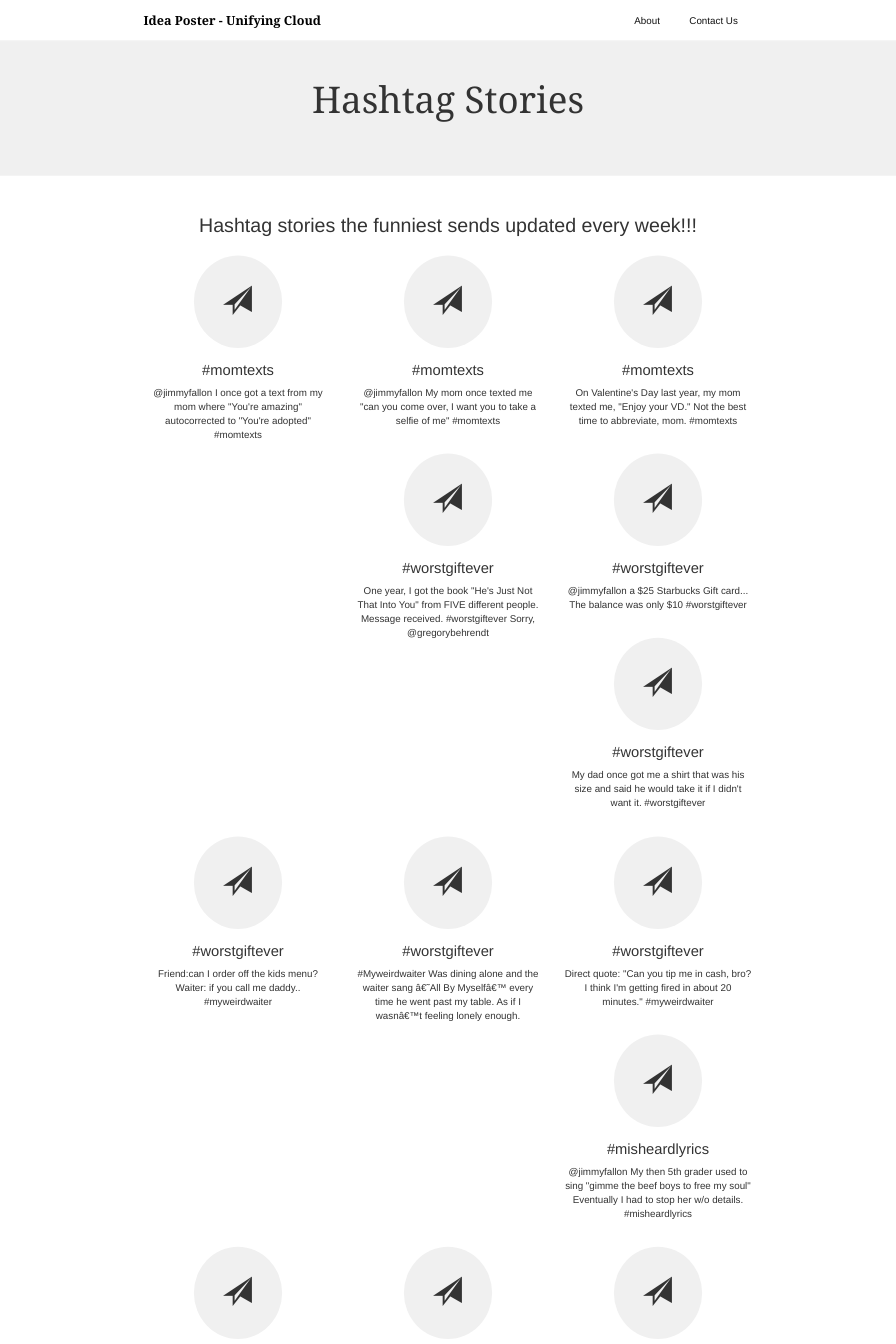
Repository: unifyingcloud/IdeaPosterHashtagStories
Page: index.html
The author's editor kept a record of every edit. The page is drawn from the files as they stood at one moment, then again after the next edit.
The browser window is 1280 px wide. The pictures show the part of the page from y = 0 to 1920 px (the page is 5651 px tall), at 70% of full size.

Above is the page before.

### index.html
<!DOCTYPE html>
<html lang="en">
  <head>
    <meta charset="utf-8">
    <title>Idea Poster</title>
    <meta name="viewport" content="width=device-width,initial-scale=1.0">
    <link href="css/bootstrap.min.css" rel="stylesheet">
    <link href="css/lighter.css" rel="stylesheet">
  </head>
  <body>

    <nav class="navbar navbar-default navbar-fixed-top" role="navigation">
      <div class="container">
        <div class="navbar-header">
          <button type="button" class="navbar-toggle" data-toggle="collapse" data-target=".navbar-ex1-collapse">
            <span class="icon-bar"></span>
            <span class="icon-bar"></span>
            <span class="icon-bar"></span>
          </button>
          <a class="navbar-brand nav-link" href="#top">Idea Poster - Unifying Cloud</a>
        </div> <!-- /.navbar-header -->

        <div class="collapse navbar-collapse navbar-ex1-collapse">
          <ul class="nav navbar-nav navbar-right">


            <li><a href="http://www.unifyingcloud.com" class="nav-link">About</a></li>
            <li><a href="http://www.unifyingcloud.com">Contact Us</a></li>


          </ul>
        </div> <!-- /.navbar-collapse -->
      </div> <!-- /.container -->
    </nav> <!-- /.navbar -->

    <div id="top" class="jumbotron">
      <div class="container">
        <h1>Hashtag Stories</h1>

      </div> <!-- /.container -->
    </div> <!-- /.jumbotron -->

    <div class="container">
      <h3 id="features" class="subhead">Hashtag stories the funniest sends updated every week!!!</h3>
      <div class="row benefits">
      <div class="col-md-4 col-sm-6 benefit"><div class="benefit-ball"><span class="glyphicon glyphicon-send" onClick="javascript:this.style.color=this.style.color=='blue'?'red':'blue'"></span> </div><h3>#momtexts</h3><p>@jimmyfallon I once got a text from my mom where "You're amazing" autocorrected to "You're adopted" #momtexts</p> </div> <!-- /.benefit -->
<div class="col-md-4 col-sm-6 benefit"><div class="benefit-ball"><span class="glyphicon glyphicon-send" onClick="javascript:this.style.color=this.style.color=='blue'?'red':'blue'"></span> </div><h3>#momtexts</h3><p>@jimmyfallon My mom once texted me "can you come over, I want you to take a selfie of me" #momtexts</p> </div> <!-- /.benefit -->
<div class="col-md-4 col-sm-6 benefit"><div class="benefit-ball"><span class="glyphicon glyphicon-send" onClick="javascript:this.style.color=this.style.color=='blue'?'red':'blue'"></span> </div><h3>#momtexts</h3><p>On Valentine's Day last year, my mom texted me, "Enjoy your VD." Not the best time to abbreviate, mom. #momtexts</p> </div> <!-- /.benefit -->
<div class="col-md-4 col-sm-6 benefit"><div class="benefit-ball"><span class="glyphicon glyphicon-send" onClick="javascript:this.style.color=this.style.color=='blue'?'red':'blue'"></span> </div><h3>#worstgiftever</h3><p>One year, I got the book "He's Just Not That Into You" from FIVE different people. Message received. #worstgiftever Sorry, @gregorybehrendt</p> </div> <!-- /.benefit -->
<div class="col-md-4 col-sm-6 benefit"><div class="benefit-ball"><span class="glyphicon glyphicon-send" onClick="javascript:this.style.color=this.style.color=='blue'?'red':'blue'"></span> </div><h3>#worstgiftever</h3><p>@jimmyfallon a $25 Starbucks Gift card... The balance was only $10 #worstgiftever</p> </div> <!-- /.benefit -->
<div class="col-md-4 col-sm-6 benefit"><div class="benefit-ball"><span class="glyphicon glyphicon-send" onClick="javascript:this.style.color=this.style.color=='blue'?'red':'blue'"></span> </div><h3>#worstgiftever</h3><p>My dad once got me a shirt that was his size and said he would take it if I didn't want it. #worstgiftever</p> </div> <!-- /.benefit -->
<div class="col-md-4 col-sm-6 benefit"><div class="benefit-ball"><span class="glyphicon glyphicon-send" onClick="javascript:this.style.color=this.style.color=='blue'?'red':'blue'"></span> </div><h3>#worstgiftever</h3><p>Friend:can I order off the kids menu? Waiter: if you call me daddy.. #myweirdwaiter</p> </div> <!-- /.benefit -->
<div class="col-md-4 col-sm-6 benefit"><div class="benefit-ball"><span class="glyphicon glyphicon-send" onClick="javascript:this.style.color=this.style.color=='blue'?'red':'blue'"></span> </div><h3>#worstgiftever</h3><p>#Myweirdwaiter Was dining alone and the waiter sang â€˜All By Myselfâ€™ every time he went past my table. As if I wasnâ€™t feeling lonely enough.</p> </div> <!-- /.benefit -->
<div class="col-md-4 col-sm-6 benefit"><div class="benefit-ball"><span class="glyphicon glyphicon-send" onClick="javascript:this.style.color=this.style.color=='blue'?'red':'blue'"></span> </div><h3>#worstgiftever</h3><p>Direct quote: "Can you tip me in cash, bro? I think I'm getting fired in about 20 minutes." #myweirdwaiter</p> </div> <!-- /.benefit -->
<div class="col-md-4 col-sm-6 benefit"><div class="benefit-ball"><span class="glyphicon glyphicon-send" onClick="javascript:this.style.color=this.style.color=='blue'?'red':'blue'"></span> </div><h3>#misheardlyrics</h3><p>@jimmyfallon My then 5th grader used to sing "gimme the beef boys to free my soul" Eventually I had to stop her w/o details. #misheardlyrics</p> </div> <!-- /.benefit -->
<div class="col-md-4 col-sm-6 benefit"><div class="benefit-ball"><span class="glyphicon glyphicon-send" onClick="javascript:this.style.color=this.style.color=='blue'?'red':'blue'"></span> </div><h3>#misheardlyrics</h3><p>The chant in Michael Jackson's "Wanna be Starting Something" as "I'm ashamed of the side of my moccasins." #misheardlyrics</p> </div> <!-- /.benefit -->
<div class="col-md-4 col-sm-6 benefit"><div class="benefit-ball"><span class="glyphicon glyphicon-send" onClick="javascript:this.style.color=this.style.color=='blue'?'red':'blue'"></span> </div><h3>#misheardlyrics</h3><p>@jimmyfallon "Do a little dance, make a little love, Italian Ice, Italian Ice." #misheardlyrics</p> </div> <!-- /.benefit -->
<div class="col-md-4 col-sm-6 benefit"><div class="benefit-ball"><span class="glyphicon glyphicon-send" onClick="javascript:this.style.color=this.style.color=='blue'?'red':'blue'"></span> </div><h3>#SaladIsNotThatFun</h3><p>The ability to eat salad and be as happy as every person I've ever seen eating a salad in a commercial #mysuperpower #SaladIsNotThatFun</p> </div> <!-- /.benefit -->
<div class="col-md-4 col-sm-6 benefit"><div class="benefit-ball"><span class="glyphicon glyphicon-send" onClick="javascript:this.style.color=this.style.color=='blue'?'red':'blue'"></span> </div><h3>#SaladIsNotThatFun</h3><p>I would have the power to shrink my hands to be able to eat pringles.#mysuperpower</p> </div> <!-- /.benefit -->
<div class="col-md-4 col-sm-6 benefit"><div class="benefit-ball"><span class="glyphicon glyphicon-send" onClick="javascript:this.style.color=this.style.color=='blue'?'red':'blue'"></span> </div><h3>#SaladIsNotThatFun</h3><p>The power to stop letting anyone over the age of 30 let it think it is ok to twerk in public places #mysuperpower</p> </div> <!-- /.benefit -->
<div class="col-md-4 col-sm-6 benefit"><div class="benefit-ball"><span class="glyphicon glyphicon-send" onClick="javascript:this.style.color=this.style.color=='blue'?'red':'blue'"></span> </div><h3>#SaladIsNotThatFun</h3><p>My uncle always wraps birthday gifts in the obituaries to remind us of how lucky we are to celebrate another year. #myweirdrelative</p> </div> <!-- /.benefit -->
<div class="col-md-4 col-sm-6 benefit"><div class="benefit-ball"><span class="glyphicon glyphicon-send" onClick="javascript:this.style.color=this.style.color=='blue'?'red':'blue'"></span> </div><h3>#myweirdrelative</h3><p>@jimmyfallon uncle got banned from Chinese buffet 4staying 4 hours and then trying 2 take home 50 crab legs in his pocket. #myweirdrelative</p> </div> <!-- /.benefit -->
<div class="col-md-4 col-sm-6 benefit"><div class="benefit-ball"><span class="glyphicon glyphicon-send" onClick="javascript:this.style.color=this.style.color=='blue'?'red':'blue'"></span> </div><h3>#MyWeirdRelative</h3><p>@JimmyFallon My Aunt wears her bangs taped to her forehead so they don't move and look even. #MyWeirdRelative</p> </div> <!-- /.benefit -->
<div class="col-md-4 col-sm-6 benefit"><div class="benefit-ball"><span class="glyphicon glyphicon-send" onClick="javascript:this.style.color=this.style.color=='blue'?'red':'blue'"></span> </div><h3>#MyWeirdRelative</h3><p>I can explain in great detail why season 3 of Dawson's Creek is the best season. #WhyImSingle</p> </div> <!-- /.benefit -->
<div class="col-md-4 col-sm-6 benefit"><div class="benefit-ball"><span class="glyphicon glyphicon-send" onClick="javascript:this.style.color=this.style.color=='blue'?'red':'blue'"></span> </div><h3>#whyimsingle</h3><p>@jimmyfallon the only thing I have in my fridge is a rotisserie chicken and a box of wine #whyimsingle</p> </div> <!-- /.benefit -->
<div class="col-md-4 col-sm-6 benefit"><div class="benefit-ball"><span class="glyphicon glyphicon-send" onClick="javascript:this.style.color=this.style.color=='blue'?'red':'blue'"></span> </div><h3>#whyimsingle</h3><p>I don't know how to respond to compliments. A guy once told me my hair looked nice & I responded, "thanks, I grew it" #whyimsingle</p> </div> <!-- /.benefit -->
<div class="col-md-4 col-sm-6 benefit"><div class="benefit-ball"><span class="glyphicon glyphicon-send" onClick="javascript:this.style.color=this.style.color=='blue'?'red':'blue'"></span> </div><h3>#worstcarieverhad</h3><p>@jimmyfallon 82 Nissan Sentra with tape stuck in cassette player. I listened to "Breakfast at Tiffany's" 12,321 times. #worstcarieverhad</p> </div> <!-- /.benefit -->
<div class="col-md-4 col-sm-6 benefit"><div class="benefit-ball"><span class="glyphicon glyphicon-send" onClick="javascript:this.style.color=this.style.color=='blue'?'red':'blue'"></span> </div><h3>#worstcarieverhad</h3><p>1979 Chevette no trunk lock, white & rust trim, two front spares, I think it got stolen once but it was left 1 block away #worstcarieverhad</p> </div> <!-- /.benefit -->
<div class="col-md-4 col-sm-6 benefit"><div class="benefit-ball"><span class="glyphicon glyphicon-send" onClick="javascript:this.style.color=this.style.color=='blue'?'red':'blue'"></span> </div><h3>#worstcarieverhad</h3><p>@jimmyfallon during my driver's test, the instructor tried to roll down his window and the glass fell out. #worstcarieverhad</p> </div> <!-- /.benefit -->
<div class="col-md-4 col-sm-6 benefit"><div class="benefit-ball"><span class="glyphicon glyphicon-send" onClick="javascript:this.style.color=this.style.color=='blue'?'red':'blue'"></span> </div><h3>#myweirdgymstory</h3><p>@jimmyfallon I pulled an ab muscle laughing at the 6 ppl who face planted on treadmills when power went out. #myweirdgymstory</p> </div> <!-- /.benefit -->
<div class="col-md-4 col-sm-6 benefit"><div class="benefit-ball"><span class="glyphicon glyphicon-send" onClick="javascript:this.style.color=this.style.color=='blue'?'red':'blue'"></span> </div><h3>#myweirdgymstory</h3><p>@jimmyfallon Fake ponytail fell off playing pick-up bball against all guys. I scored 2 win the game, but they laughed!#myweirdgymstory</p> </div> <!-- /.benefit -->
<div class="col-md-4 col-sm-6 benefit"><div class="benefit-ball"><span class="glyphicon glyphicon-send" onClick="javascript:this.style.color=this.style.color=='blue'?'red':'blue'"></span> </div><h3>#myweirdgymstory</h3><p>@jimmyfallon back in college we saw a guy looking in the mirror screaming 'these aren't shoulders, these are boulders!' #myweirdgymstory</p> </div> <!-- /.benefit -->
<div class="col-md-4 col-sm-6 benefit"><div class="benefit-ball"><span class="glyphicon glyphicon-send" onClick="javascript:this.style.color=this.style.color=='blue'?'red':'blue'"></span> </div><h3>#iusedtothink</h3><p>@jimmyfallon I used to think a blender was actually called a margarita, because that's all my parents ever used it for. #iusedtothink</p> </div> <!-- /.benefit -->
<div class="col-md-4 col-sm-6 benefit"><div class="benefit-ball"><span class="glyphicon glyphicon-send" onClick="javascript:this.style.color=this.style.color=='blue'?'red':'blue'"></span> </div><h3>#iusedtothink</h3><p>#iusedtothink the asterisk on the phone dialing pad was a snowflake my parents used to "call Santa" to tell him when I was being naughty.</p> </div> <!-- /.benefit -->
<div class="col-md-4 col-sm-6 benefit"><div class="benefit-ball"><span class="glyphicon glyphicon-send" onClick="javascript:this.style.color=this.style.color=='blue'?'red':'blue'"></span> </div><h3>#iusedtothink</h3><p>#IUsedToThink that Ellen DeGeneres was called Ellen THE Generous because she was so generous.</p> </div> <!-- /.benefit -->
<div class="col-md-4 col-sm-6 benefit"><div class="benefit-ball"><span class="glyphicon glyphicon-send" onClick="javascript:this.style.color=this.style.color=='blue'?'red':'blue'"></span> </div><h3>#iusedtothink</h3><p>Pop rock cat litter #whydonttheymakethat</p> </div> <!-- /.benefit -->
<div class="col-md-4 col-sm-6 benefit"><div class="benefit-ball"><span class="glyphicon glyphicon-send" onClick="javascript:this.style.color=this.style.color=='blue'?'red':'blue'"></span> </div><h3>#iusedtothink</h3><p>A mirror that slaps you when you are dressed like an idiot #whydonttheymakethat</p> </div> <!-- /.benefit -->
<div class="col-md-4 col-sm-6 benefit"><div class="benefit-ball"><span class="glyphicon glyphicon-send" onClick="javascript:this.style.color=this.style.color=='blue'?'red':'blue'"></span> </div><h3>#iusedtothink</h3><p>A "nobody cares" button on Facebook. #WhyDontTheyMakeThat ??</p> </div> <!-- /.benefit -->
<div class="col-md-4 col-sm-6 benefit"><div class="benefit-ball"><span class="glyphicon glyphicon-send" onClick="javascript:this.style.color=this.style.color=='blue'?'red':'blue'"></span> </div><h3>#iusedtothink</h3><p>I used mom's mascara on my 10yr old peach fuzzed upper lip to make it look like I had a real moustach. #ithoughtiwascool</p> </div> <!-- /.benefit -->
<div class="col-md-4 col-sm-6 benefit"><div class="benefit-ball"><span class="glyphicon glyphicon-send" onClick="javascript:this.style.color=this.style.color=='blue'?'red':'blue'"></span> </div><h3>#iusedtothink</h3><p>Everyone had their hats on backward so I tried to start the trend of wearing your backpack on your belly. Didn't catch on. #ithoughtiwascool</p> </div> <!-- /.benefit -->
<div class="col-md-4 col-sm-6 benefit"><div class="benefit-ball"><span class="glyphicon glyphicon-send" onClick="javascript:this.style.color=this.style.color=='blue'?'red':'blue'"></span> </div><h3>#iusedtothink</h3><p>#ithoughtiwascool when I was in 5th grade, i put on sunglasses and referred to myself in the third person as shades</p> </div> <!-- /.benefit -->
<div class="col-md-4 col-sm-6 benefit"><div class="benefit-ball"><span class="glyphicon glyphicon-send" onClick="javascript:this.style.color=this.style.color=='blue'?'red':'blue'"></span> </div><h3>#howigotdumped</h3><p>@jimmyfallon we were on a chairlift heading up the slope. She dumped me. Then the lift broke. Awkward half hour of silence. #howigotdumped</p> </div> <!-- /.benefit -->
<div class="col-md-4 col-sm-6 benefit"><div class="benefit-ball"><span class="glyphicon glyphicon-send" onClick="javascript:this.style.color=this.style.color=='blue'?'red':'blue'"></span> </div><h3>#howigotdumped</h3><p>@jimmyfallon i told a guy "i don't think things are working out" as an april fool's joke...he agreed. #howigotdumped</p> </div> <!-- /.benefit -->
<div class="col-md-4 col-sm-6 benefit"><div class="benefit-ball"><span class="glyphicon glyphicon-send" onClick="javascript:this.style.color=this.style.color=='blue'?'red':'blue'"></span> </div><h3>#howigotdumped</h3><p>Got a card w/ a Netflix subscription & Baskin Robbins gift card. Card read: Want you to be ok, just don't want you anymore. #howigotdumped</p> </div> <!-- /.benefit -->
<div class="col-md-4 col-sm-6 benefit"><div class="benefit-ball"><span class="glyphicon glyphicon-send" onClick="javascript:this.style.color=this.style.color=='blue'?'red':'blue'"></span> </div><h3>#howigotdumped</h3><p>Almost drowned while fixing a hole in the pool, by wearing a backpack full of rocks & trying to breathe through a garden hose. #ThatsMyDad</p> </div> <!-- /.benefit -->
<div class="col-md-4 col-sm-6 benefit"><div class="benefit-ball"><span class="glyphicon glyphicon-send" onClick="javascript:this.style.color=this.style.color=='blue'?'red':'blue'"></span> </div><h3>#thatsmydad</h3><p>@jimmyfallon My dad works on his laptop in a recliner while watching sports and claps with his feet when something good happens. #thatsmydad</p> </div> <!-- /.benefit -->
<div class="col-md-4 col-sm-6 benefit"><div class="benefit-ball"><span class="glyphicon glyphicon-send" onClick="javascript:this.style.color=this.style.color=='blue'?'red':'blue'"></span> </div><h3>#thatsmydad</h3><p>.@jimmyfallon My dad calls his email address his "web site." #thatsmydad</p> </div> <!-- /.benefit -->
      </div> <!-- /.row -->
    </div> <!-- /.container -->

    <footer>
      <div class="container clearfix">
        <p class="pull-left">
        Unifying Cloud 2014
        </p>

      </div> <!-- /.container -->
    </footer>

    <script src="js/jquery.js"></script>
    <script src="js/bootstrap.min.js"></script>
    <script>
      $(".nav-link").click(function(e) {
        e.preventDefault();
        var link = $(this);
        var href = link.attr("href");
        $("html,body").animate({scrollTop: $(href).offset().top - 80}, 500);
        link.closest(".navbar").find(".navbar-toggle:not(.collapsed)").click();
      });
    </script>
  </body>
</html>

### css/lighter.css
body {
  font-size: 14px;
}
body, h1, h2, h3, h4, h5, h6 {
  font-family: helvetica, arial, sans-serif;
}
.btn {
  border-radius: 3em;
}
.container {
  max-width: 900px;
}
.container-alternate {
  background: #f0f0f0;
}
.navbar {
  background: #fff;
  padding: 0.3em 0;
}
.navbar .navbar-brand {
  color: #000;
  font-family: georgia, serif;
  font-weight: bold;
}
.navbar ul.nav li a {
  color: #111;
  padding-left: 0;
  padding-right: 0;
  margin: 0 1.5em;
}
.navbar ul.nav li a:hover {
  color: #000;
}
.navbar ul.nav li button {
  margin: 0.7em 0 0 1em;
}
.jumbotron {
  background: #f0f0f0;
  color: #333;
  padding: 4.5em 0 3.5em;
  text-align: center;
  margin-bottom: 0;
}
.jumbotron h1 {
  font-family: georgia, serif;
  font-size: 2.5em;
}
.jumbotron h2 {
  font-size: 1.2em;
  font-style: italic;
  font-weight: normal;
  line-height: 1.4em;
  margin-bottom: 1.4em;
}
.jumbotron .btn {
  font-size: 1.2em;
  padding: 0.3em 2.5em 0.5em;
}
.jumbotron .btn .glyphicon {
  margin-left: 0.2em;
  position: relative;
  top: 3px;
}
.subhead {
  font-size: 2em;
  text-align: center;
  margin: 2em 0 0.5em;
}
.benefits {
  margin-bottom: 3em;
}
.benefit {
  margin: 1em 0;
  text-align: center;
}
.benefit .benefit-ball {
  background: #f0f0f0;
  border-radius: 50%;
  color: #333;
  display: inline-block;
  line-height: 1em;
  padding: 3em;
}
.benefit .benefit-ball .glyphicon {
  font-size: 3em;
 cursor:pointer;

  position: relative;
  top: -3px;
  right: 1px;
}
.benefit h3 {
  font-size: 1.5em;
}
#tour {
  margin: 1em 0 4em;
}
#tour .carousel-inner img {
  height: 500px;
  width: 100%;
}
.faqs {
  margin-bottom: 3em;
}
.faqs p {
  line-height: 1.5em;
  margin: 1.2em 0;
}
.about p {
  line-height: 1.5em;
  margin: 1em 0;
}
.about p:last-child {
  margin-bottom: 4em;
}
footer {
  background: #111;
  color: #fff;
  padding: 1.5em 0 0.8em;
}
@media screen and (max-width: 768px) {
  .navbar ul.nav li {
    text-align: center;
  }
  .navbar ul.nav li button {
    margin: 1em 0;
  }
  .jumbotron {
    font-size: 14px;
    padding: 6em 0 4em;
  }
  .benefit {
    margin-bottom: 2em;
  }
}
@media screen and (max-width: 480px) {
  body {
    font-size: 12px;
  }
  .jumbotron {
    font-size: 12px;
  }
  footer .pull-right {
    display: none;
  }
}

Loaded but not shown: css/bootstrap.min.css (library); js/jquery.js (library); js/bootstrap.min.js (library)

After the next edit:
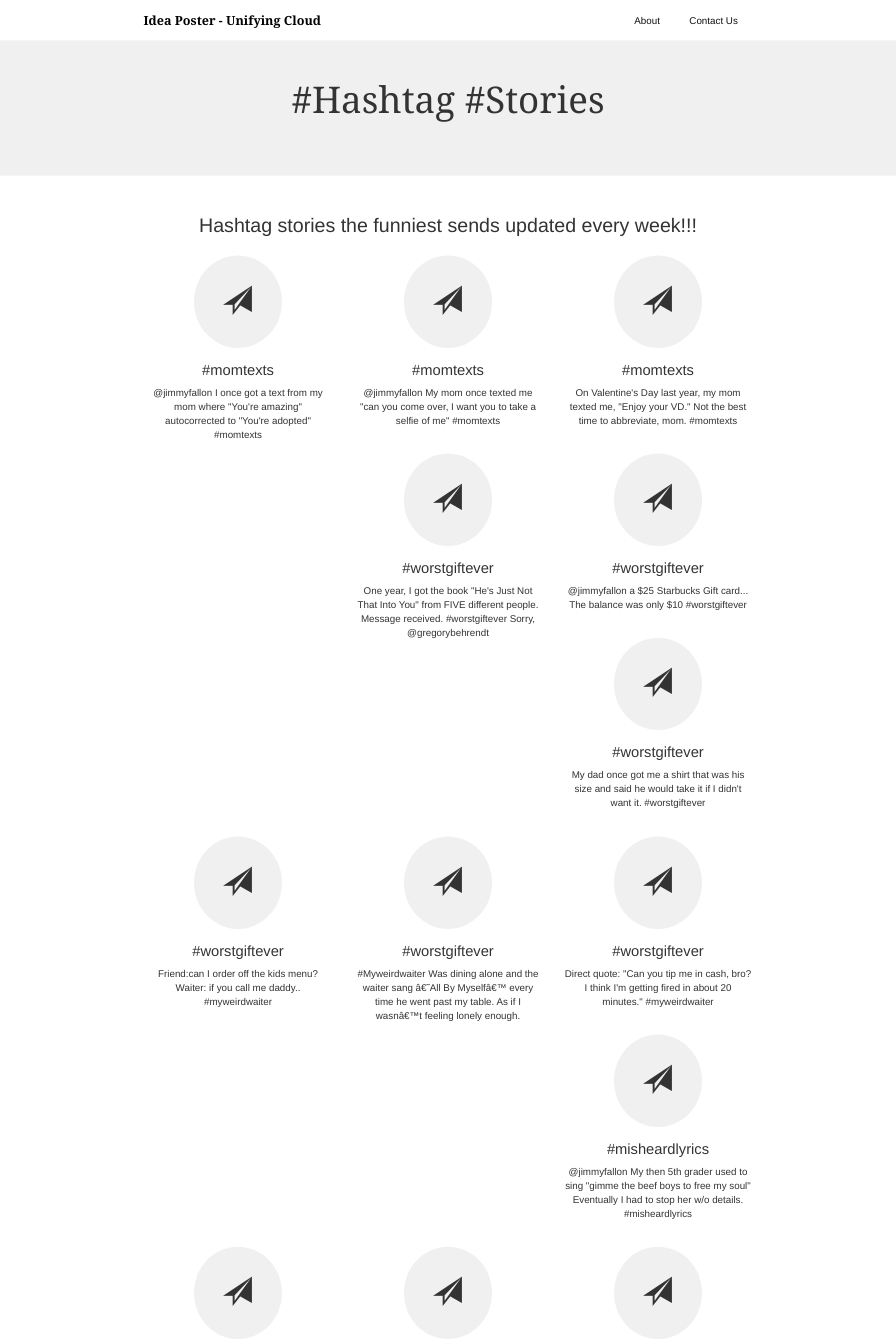
The edit:
--- a/index.html
+++ b/index.html
@@ -35,7 +35,7 @@
 
     <div id="top" class="jumbotron">
       <div class="container">
-        <h1>Hashtag Stories</h1>
+        <h1>#Hashtag #Stories</h1>
 
       </div> <!-- /.container -->
     </div> <!-- /.jumbotron -->
